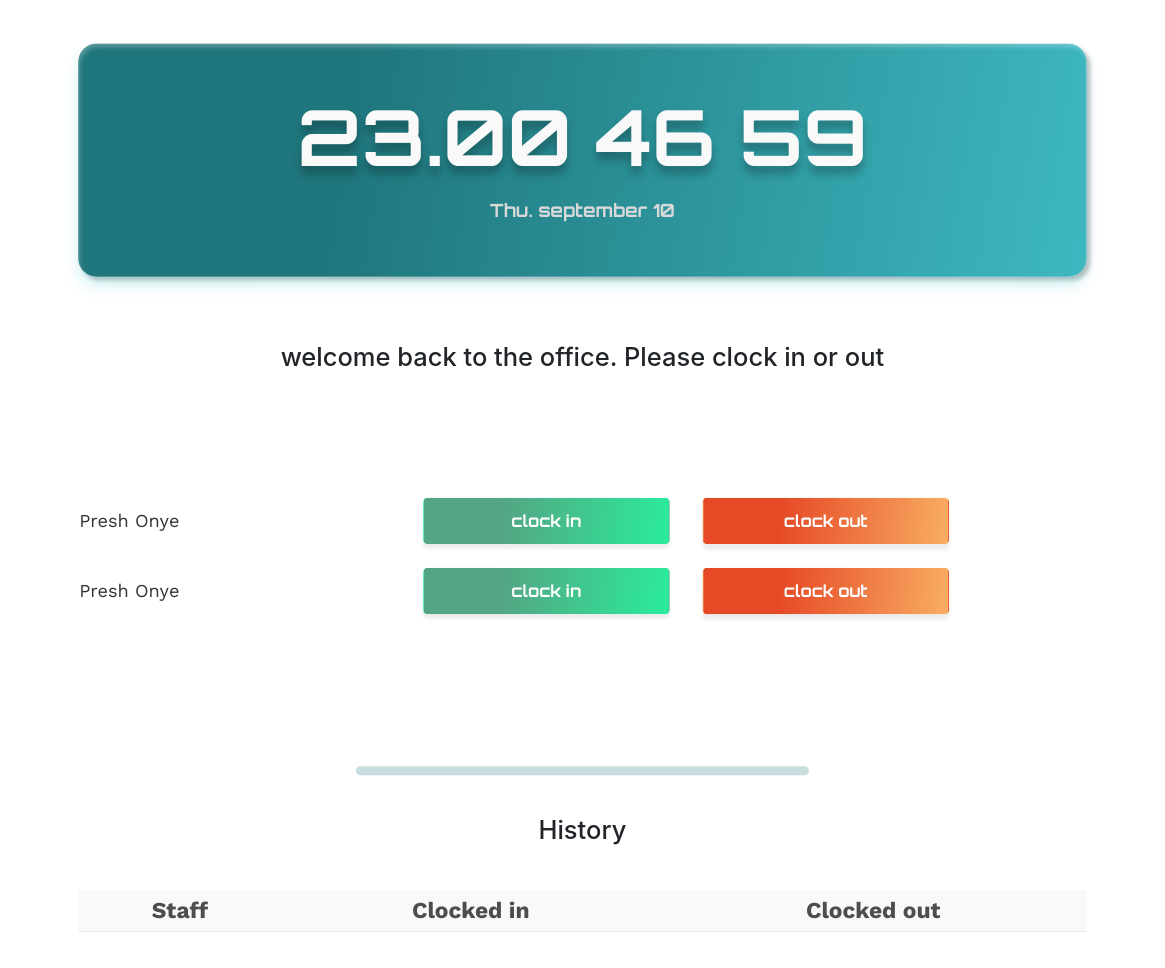
Repository: giprim/clocker
Page: /
These files come from the project's save history. The page is drawn as it stood at one moment and after the next save; the edit follows.
The browser window is 1280 px wide. The pictures show the whole page, at 91% of full size.
The project was rebuilt for these pictures with package versions that can differ from the ones it lists, and the page was loaded fresh each time.

Above is the page before, as saved 2020-09-11 00:13:34.

After the next save:
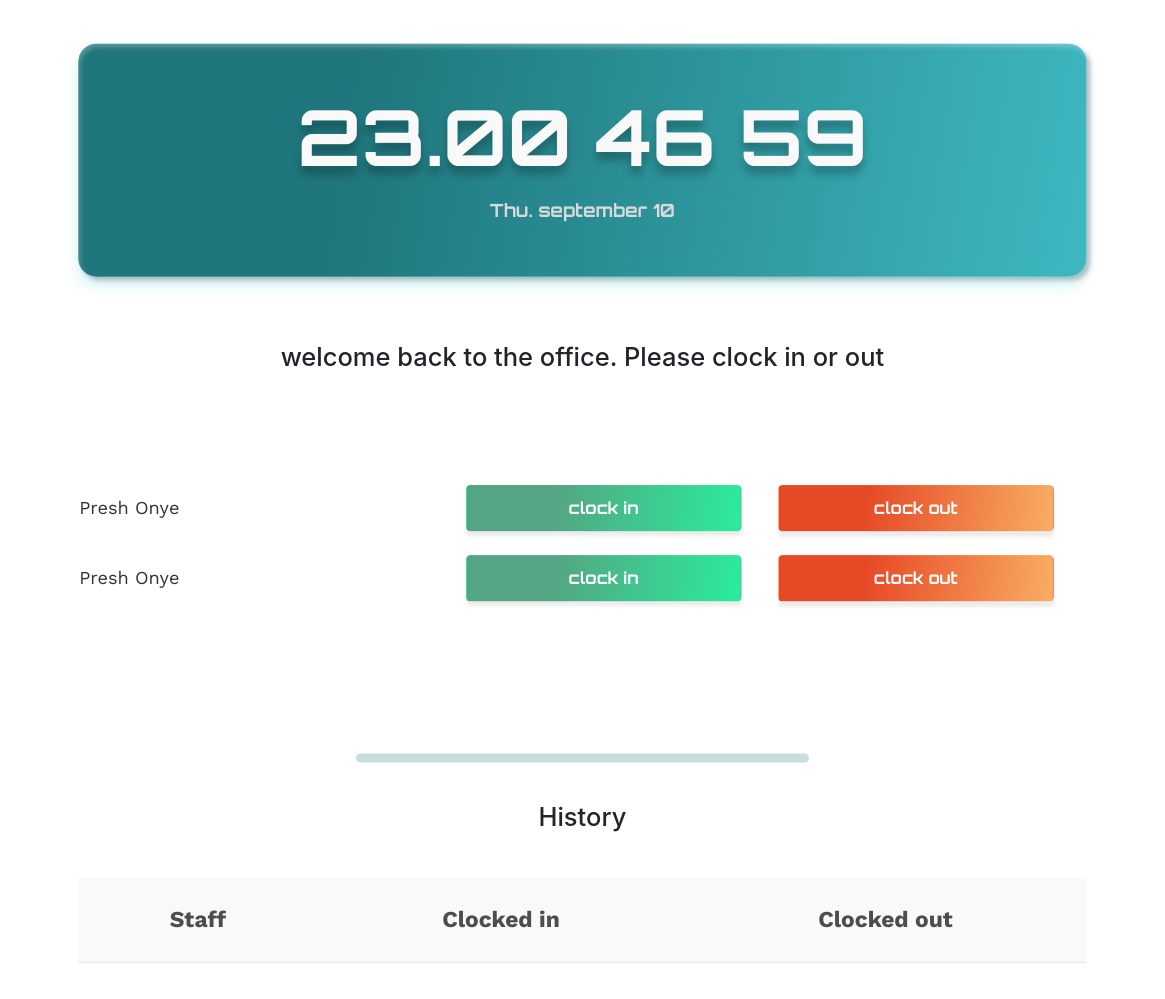
Saved 113 s later.
--- a/src/App.css
+++ b/src/App.css
@@ -108,5 +108,8 @@ th {
   font-size: 25px;
   line-height: 29px;
   color: #4d4d4d;
-  padding: 20px;
 }
+
+.table > :not(caption) > * > * {
+  padding: 2rem;
+}
